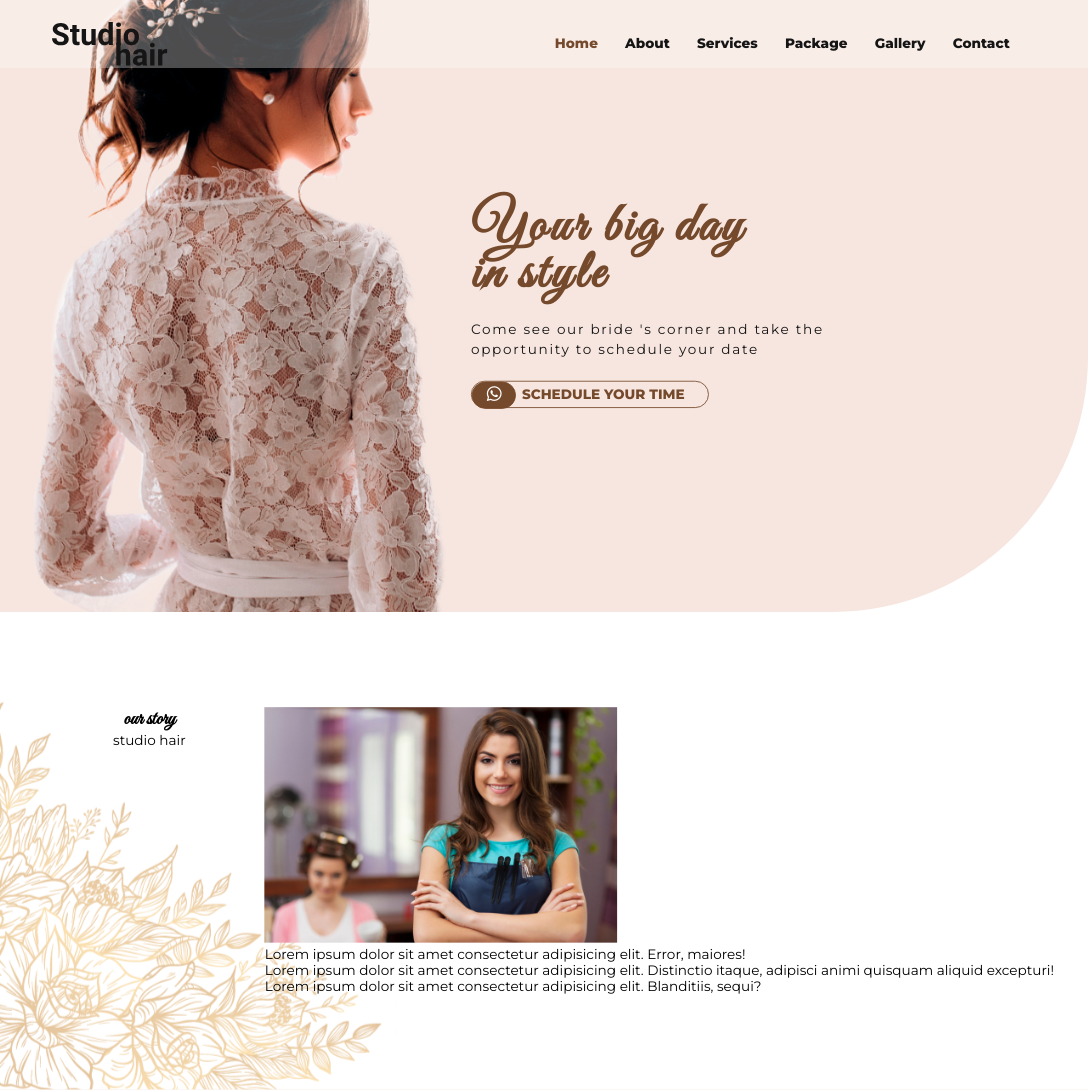
Repository: TuanHuflit2k1/clone-web01
Page: index.html
An editor plug-in stored every save of this project. The page is shown before and after a run of saves, followed by the edit.
The browser window is 1280 px wide. The pictures show the whole page, at 85% of full size.
Some web libraries are served in a nearby version.

Above is the page before, as saved 2022-04-28 11:11:09.

After the next 12 saves:
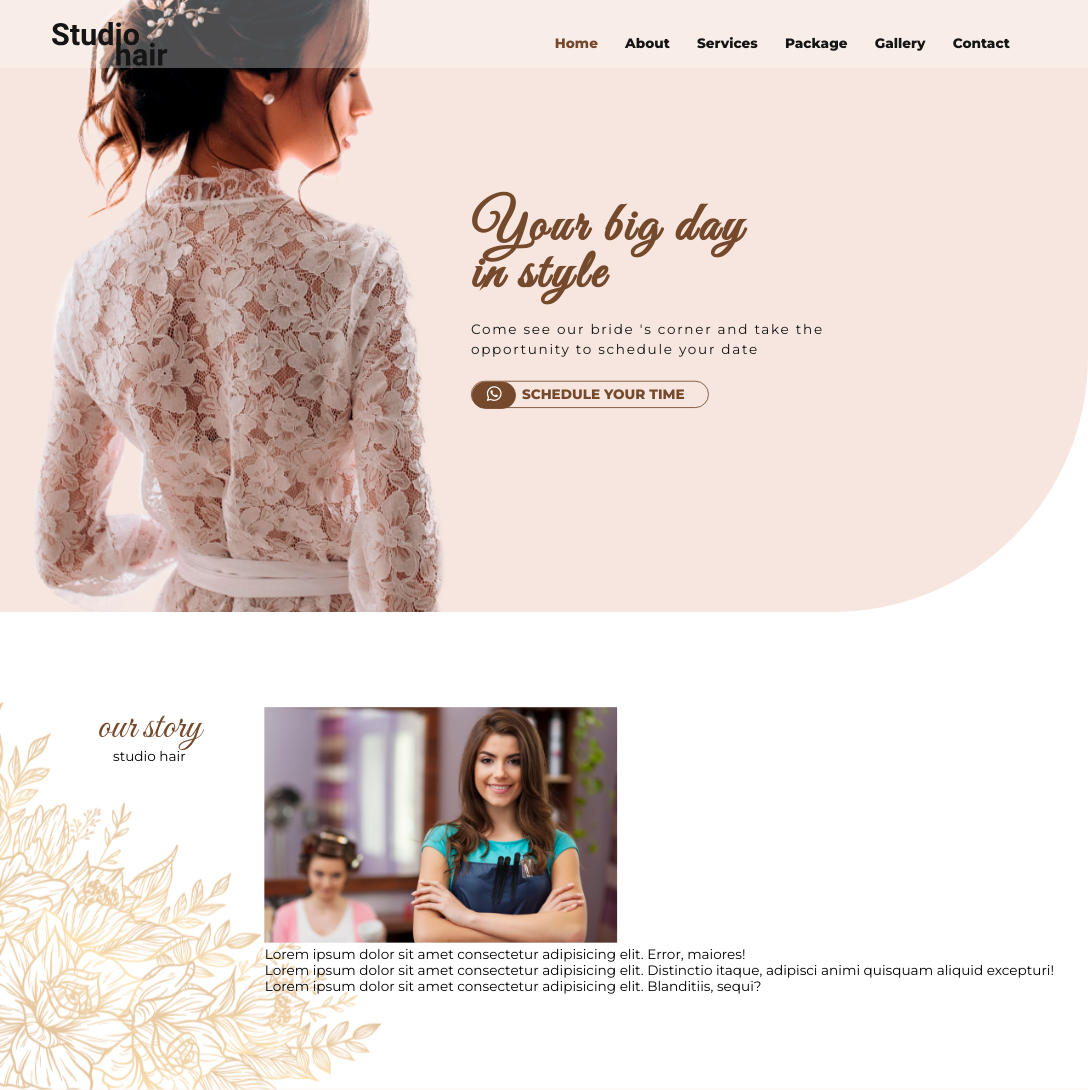
The 12 saves are shown as one change because they came seconds apart.
The last was saved 27 s later.
--- a/style.css
+++ b/style.css
@@ -222,8 +222,11 @@ body {
   margin: 0 auto;
 }
 .section-title h1 {
-    font-family: var(--font-cursive);
-    font-size: var();
+  font-family: var(--font-cursive);
+  font-size: var(--big-font-size);
+  font-weight: 400;
+  line-height: 3rem;
+  color: var(--first-color);
 }
 @media (max-width: 920px) {
   .nav-menu {
